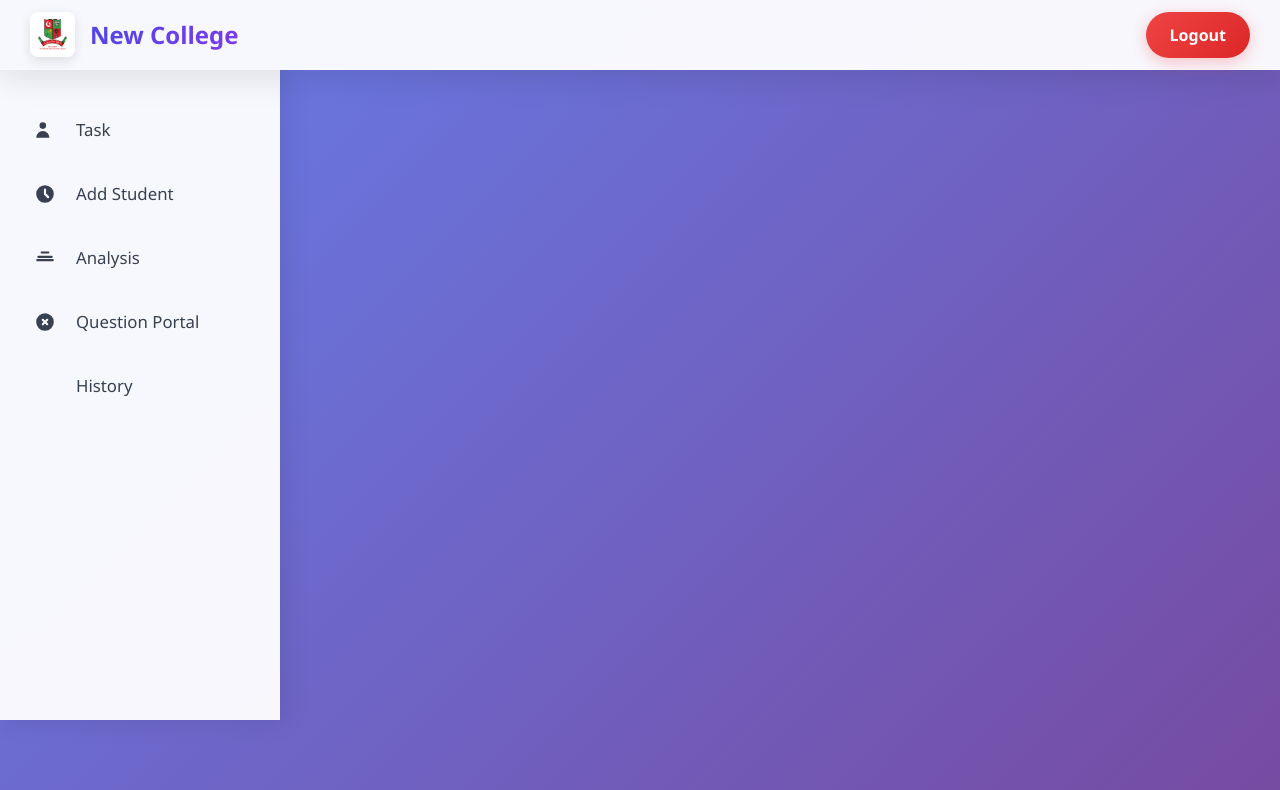
Repository: Raja-debug-tech/library-management
Page: / (app in collegeproject/)
An editor plug-in stored every save of this project. The page is shown before and after the next save, followed by the edit.
The browser window is 1280 px wide. The pictures show the whole page.
The project was rebuilt for these pictures with package versions that can differ from the ones it lists, and the page was loaded fresh each time. Some packages were replaced by stand-ins written for this rebuild. Also part of the build but not shown: collegeproject/vite.config.js, collegeproject/src/index.css, collegeproject/src/Stafflogin.jsx, collegeproject/src/Studentlogin.jsx, collegeproject/src/Addstudent.jsx, collegeproject/src/Task.jsx, collegeproject/src/Analysis.jsx, collegeproject/src/QuizPortal.jsx and 6 more.

Above is the page before, as saved 2026-02-11 14:42:48.

After the next save:
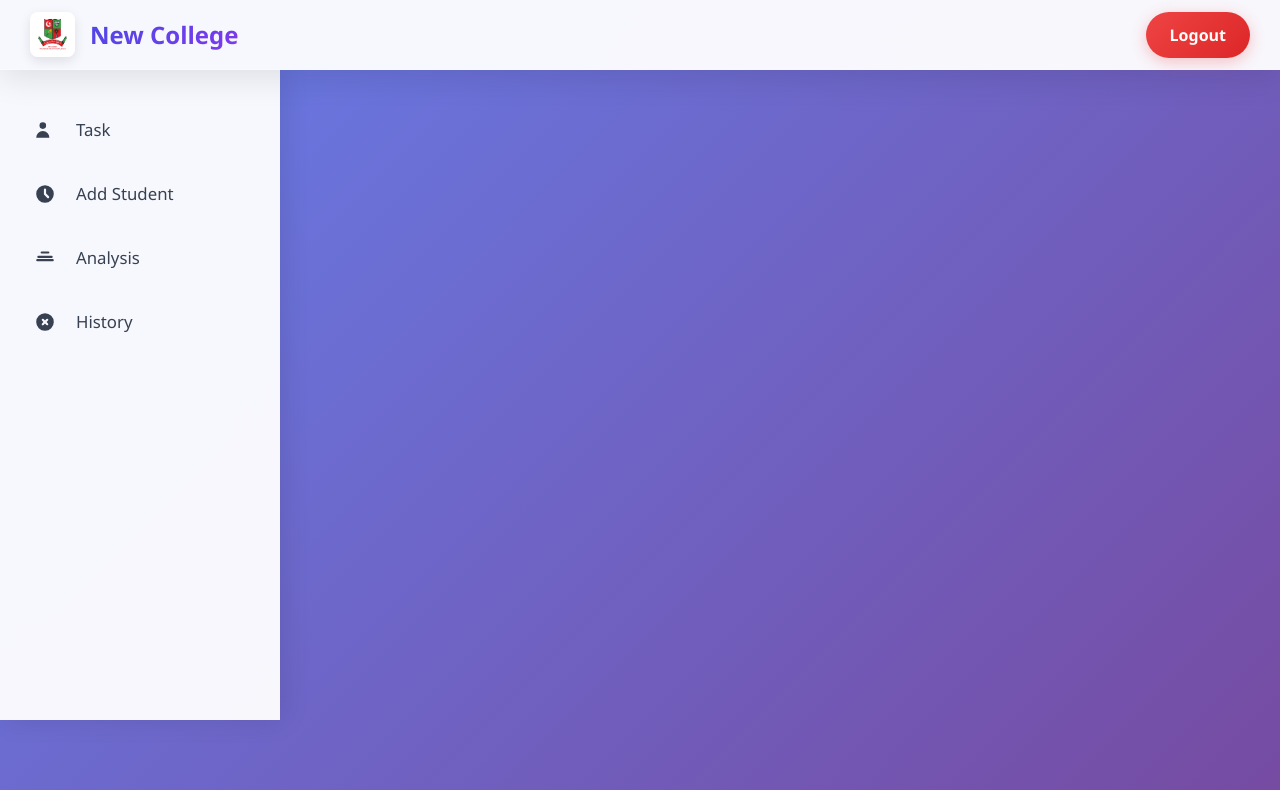
Saved 6 min 32 s later.
--- a/collegeproject/src/StaffDashboard.jsx
+++ b/collegeproject/src/StaffDashboard.jsx
@@ -214,7 +214,7 @@ const StaffDashboard=()=>{
     <div onClick={()=>nav('task')}>Task</div>
     <div onClick={() => nav('addstudent')}>Add Student</div>
     <div onClick={()=>nav('analysis')}>Analysis</div>
-    <div onClick={()=>nav('quiz')}>Question Portal</div>
+    {/* <div onClick={()=>nav('quiz')}>Question Portal</div> */}
     <div onClick={()=>nav('')}>History</div>
   </aside>
 
